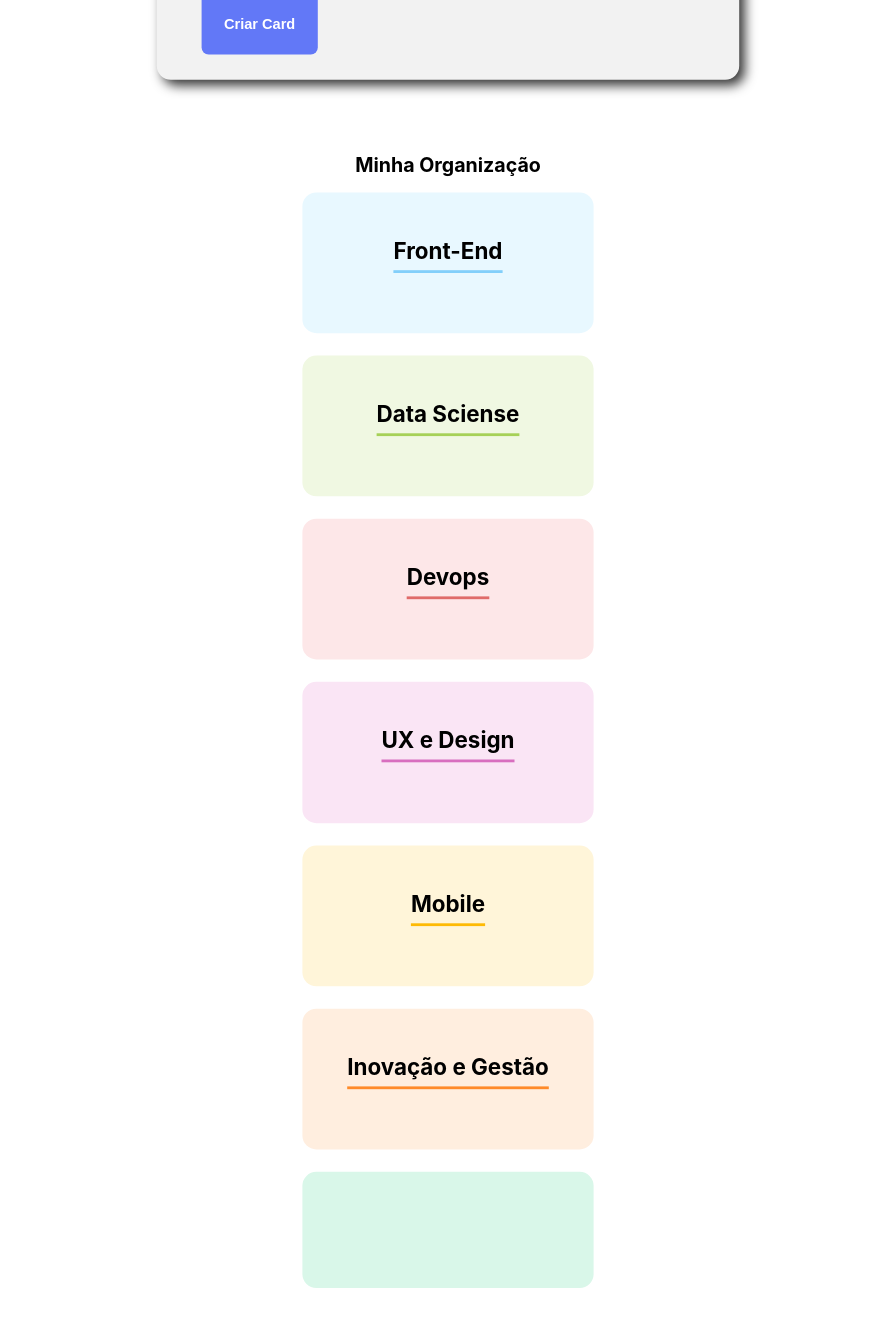
Repository: guilhermecardoso93/organo
Page: /
These files come from the project's save history. The page is drawn as it stood at one moment and after the next save; the edit follows.
The browser window is 1280 px wide. The pictures show the part of the page from y = 1290 to 3210 px (the page is 3210 px tall before and 3055 px after), at 70% of full size.
The project was rebuilt for these pictures with package versions that can differ from the ones it lists, and the page was loaded fresh each time. Also part of the build but not shown: src/components/Times/components/Card/styles.css.

Above is the page before, as saved 2024-05-27 18:57:32.

After the next save:
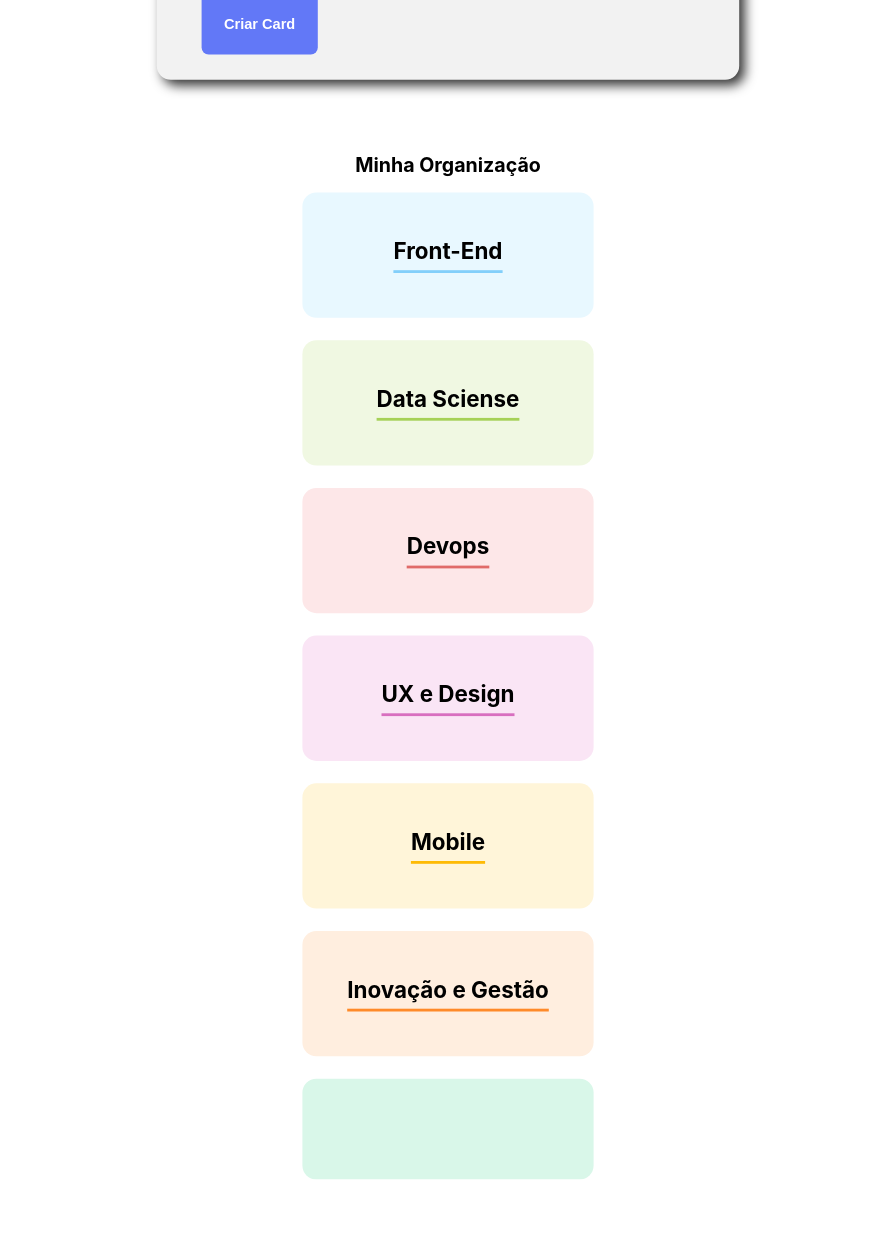
Saved 88 s later.
--- a/src/components/Times/components/Time/index.js
+++ b/src/components/Times/components/Time/index.js
@@ -9,7 +9,13 @@ export function Time(props) {
     >
       <h3 style={{ borderColor: props.corPrimaria }}>{props.name}</h3>
       <div>
-        <Card />
+        {props.colaboradores.map((colaborador) => (
+          <Card
+            nome={colaborador.nome}
+            cargo={colaborador.cargo}
+            imagem={colaborador.imagem}
+          />
+        ))}
       </div>
     </section>
   );
